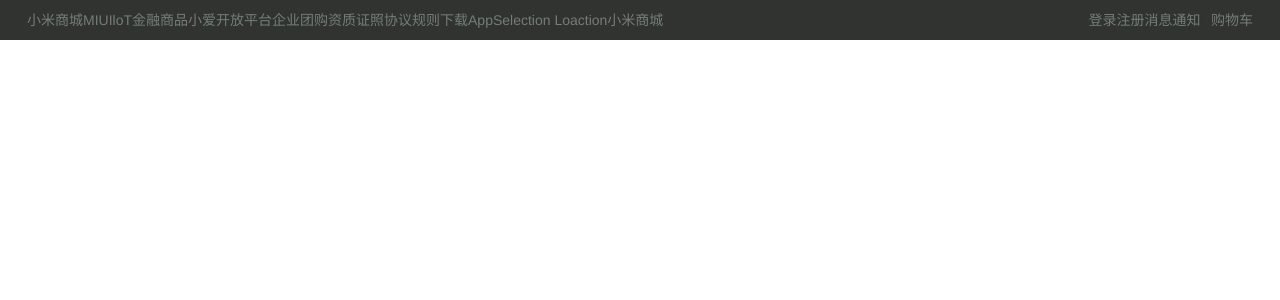
Repository: chenguocan/mi
Page: index.html
The author's editor kept a copy of each file at every save. The page is drawn from the files as they stood at one save, then again after the next save.
The browser window is 1280 px wide. The pictures show the whole page.

Above is the page before, as saved 2020-10-13 09:44:34.

After the next save:
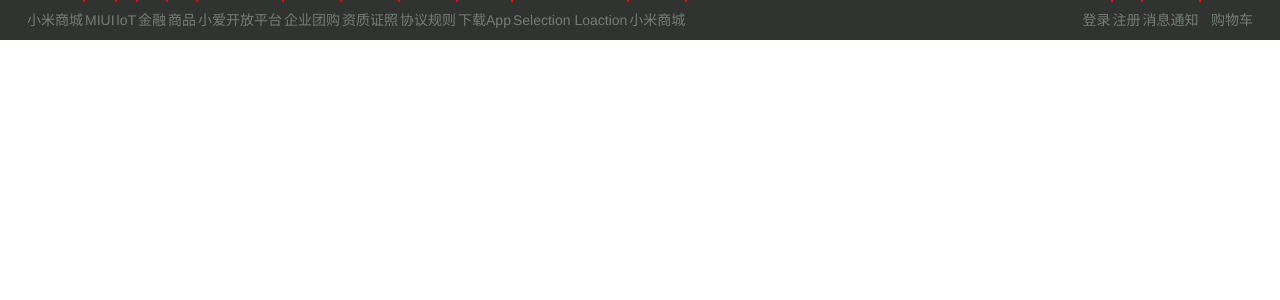
Saved 25 s later.
--- a/css/index.css
+++ b/css/index.css
@@ -19,8 +19,7 @@
 .topbar ul li a{
     color:rgb(116, 125, 118);
 }
-.topbar ul li .line{
-    height: 50px;
-    width: 50px;
-   border:1px solid red;
+.line{
+    border:1px solid red;
+
 }
